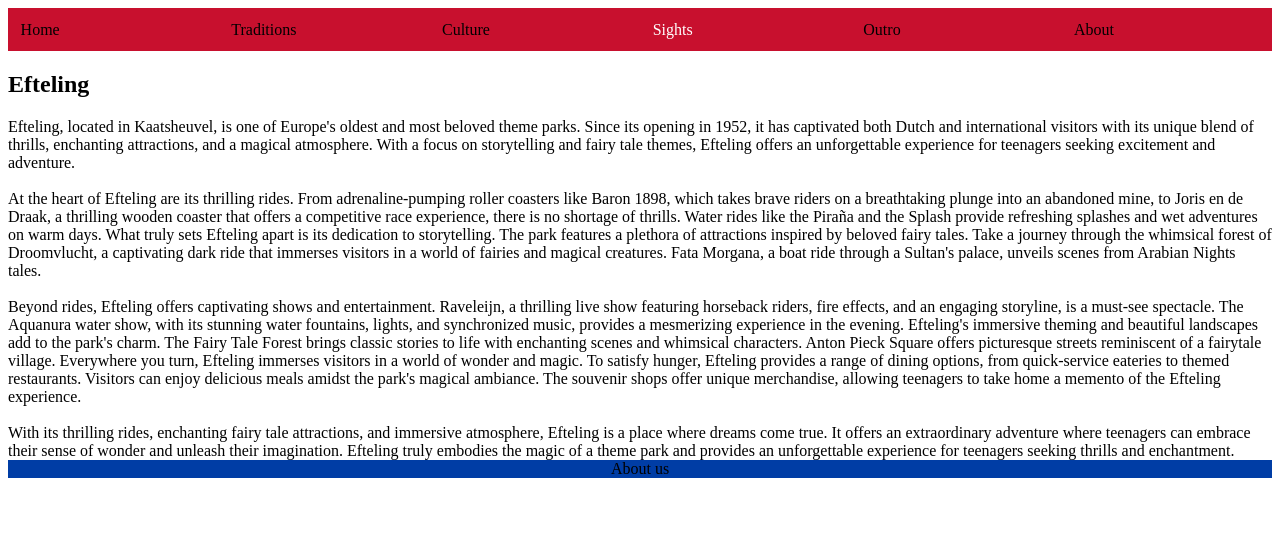
Repository: Cornman63/The-netherlands
Page: sights.html
These files come from the project's save history. The page is drawn as it stood at one moment and after the next save; the edit follows.
The browser window is 1280 px wide. The pictures show the whole page.

Above is the page before, as saved 2023-05-23 10:19:01.

### sights.html
<!DOCTYPE html>
<html lang="en">
<head>
    <meta charset="UTF-8">
    <meta http-equiv="X-UA-Compatible" content="IE=edge">
    <meta name="viewport" content="width=device-width, initial-scale=1.0">
    <link rel="stylesheet" href="style.css">
    <title>Visit the Netherlands</title>

</head>
<body>
    <div class="top">
        <div class="site"><a href="index.html" style="color:black" class="link">Home</a></div>
        <div class="site"><a href="traditions.html" style="color:black" class="link">Traditions</a></div>
        <div class="site"><a href="culture.html" style="color:black" class="link">Culture</a></div>
        <div class="site"><a href="sights.html" style="color: white" class="link">Sights</a></div>
        <div class="site"><a href="outro.html" style="color:black" class="link">Outro</a></div>
        <div class="site"><a href="about.html" style="color:black" class="link">About</a></div>
    </div>
    <h2>Efteling</h2>
    <div class="text">
        Efteling, located in Kaatsheuvel, is one of Europe's oldest and most beloved theme parks. Since its opening in 1952, it has captivated both Dutch and international visitors with its unique blend of thrills, enchanting attractions, and a magical atmosphere. With a focus on storytelling and fairy tale themes, Efteling offers an unforgettable experience for teenagers seeking excitement and adventure.

<br><br>
        At the heart of Efteling are its thrilling rides. From adrenaline-pumping roller coasters like Baron 1898, which takes brave riders on a breathtaking plunge into an abandoned mine, to Joris en de Draak, a thrilling wooden coaster that offers a competitive race experience, there is no shortage of thrills. Water rides like the Piraña and the Splash provide refreshing splashes and wet adventures on warm days.

What truly sets Efteling apart is its dedication to storytelling. The park features a plethora of attractions inspired by beloved fairy tales. Take a journey through the whimsical forest of Droomvlucht, a captivating dark ride that immerses visitors in a world of fairies and magical creatures. Fata Morgana, a boat ride through a Sultan's palace, unveils scenes from Arabian Nights tales.
<br><br>
Beyond rides, Efteling offers captivating shows and entertainment. Raveleijn, a thrilling live show featuring horseback riders, fire effects, and an engaging storyline, is a must-see spectacle. The Aquanura water show, with its stunning water fountains, lights, and synchronized music, provides a mesmerizing experience in the evening.

Efteling's immersive theming and beautiful landscapes add to the park's charm. The Fairy Tale Forest brings classic stories to life with enchanting scenes and whimsical characters. Anton Pieck Square offers picturesque streets reminiscent of a fairytale village. Everywhere you turn, Efteling immerses visitors in a world of wonder and magic.

To satisfy hunger, Efteling provides a range of dining options, from quick-service eateries to themed restaurants. Visitors can enjoy delicious meals amidst the park's magical ambiance. The souvenir shops offer unique merchandise, allowing teenagers to take home a memento of the Efteling experience.
<br><br>
With its thrilling rides, enchanting fairy tale attractions, and immersive atmosphere, Efteling is a place where dreams come true. It offers an extraordinary adventure where teenagers can embrace their sense of wonder and unleash their imagination. Efteling truly embodies the magic of a theme park and provides an unforgettable experience for teenagers seeking thrills and enchantment.

    </div>

    <div class="bottom">
        About us
    </div>
</body>
</html>

### style.css
.top, .bottom {
    display: flex;
    flex-direction: row;
    justify-content: center;
    align-content:center;
    background-color:#C8102E;
}
.bottom{
    background-color: #003DA5;
    height: 520%;
}

.site {
    display: flex;
    border: 1%;
    margin: 1%;
    margin-right: 10%;
    align-content: center;
    width: 90%;
}
.link {
    text-decoration: none;
}
#wafel, #hagel, #herring, #lico {
    width: 20%;
    height: 20%;
}
.food1 {
    display: flex;
    flex-direction: row;
    align-items: center;
}
.food {
    display: flex;
    flex-direction: column;
}

After the next save:
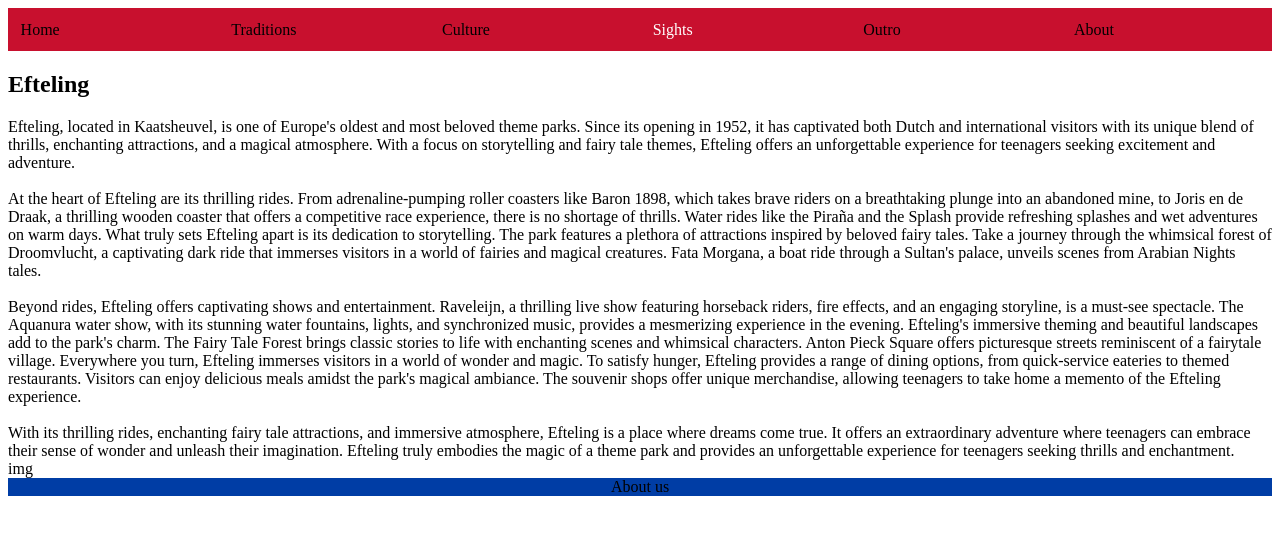
Saved 14 s later.
--- a/sights.html
+++ b/sights.html
@@ -35,7 +35,7 @@ To satisfy hunger, Efteling provides a range of dining options, from quick-servi
 With its thrilling rides, enchanting fairy tale attractions, and immersive atmosphere, Efteling is a place where dreams come true. It offers an extraordinary adventure where teenagers can embrace their sense of wonder and unleash their imagination. Efteling truly embodies the magic of a theme park and provides an unforgettable experience for teenagers seeking thrills and enchantment.
 
     </div>
-
+    img
     <div class="bottom">
         About us
     </div>
--- a/style.css
+++ b/style.css
@@ -27,7 +27,7 @@
 }
 .food1 {
     display: flex;
-    flex-direction: row;
+    flex-direction: column;
     align-items: center;
 }
 .food {
